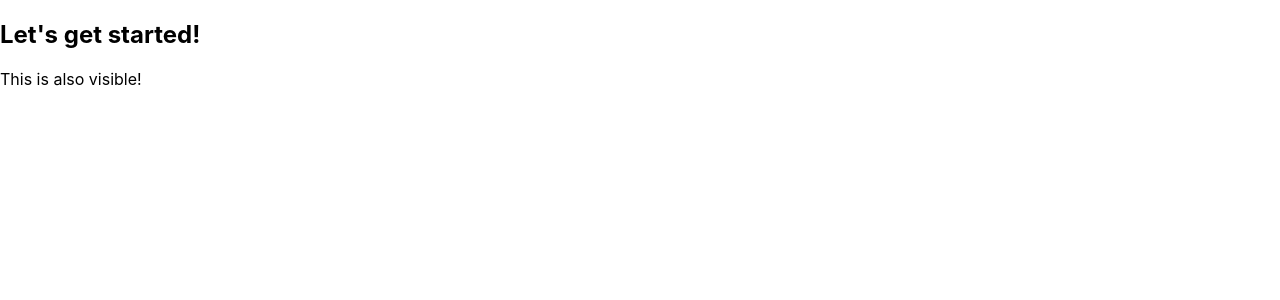
Repository: masamichan/react-complete-guide
Page: /
These files come from the project's save history. The page is drawn as it stood at one moment and after the next save; the edit follows.
The browser window is 1280 px wide. The pictures show the whole page.
The project was rebuilt for these pictures with package versions that can differ from the ones it lists, and the page was loaded fresh each time. Also part of the build but not shown: src/App.css.

Above is the page before, as saved 2023-03-24 16:41:53.

### src/App.js
import "./App.css";

function App() {
  return (
    <div>
      <h2>Let's get started!</h2>
      <p>This is also visible!</p>
    </div>
  );
}

export default App;

Loaded but not shown: public/index.html (common file); src/index.js (common file); src/index.css (common file); src/reportWebVitals.js (common file); src/components/ExpensItem.js (common file)

After the next save:
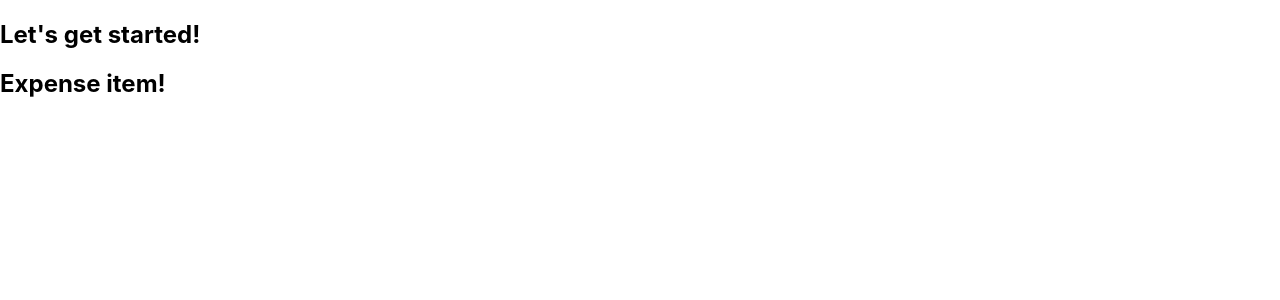
Saved 44 s later.
--- a/src/App.js
+++ b/src/App.js
@@ -1,10 +1,11 @@
 import "./App.css";
+import ExpenseItem from "./components/ExpensItem";
 
 function App() {
   return (
     <div>
       <h2>Let's get started!</h2>
-      <p>This is also visible!</p>
+      <ExpenseItem></ExpenseItem>
     </div>
   );
 }
